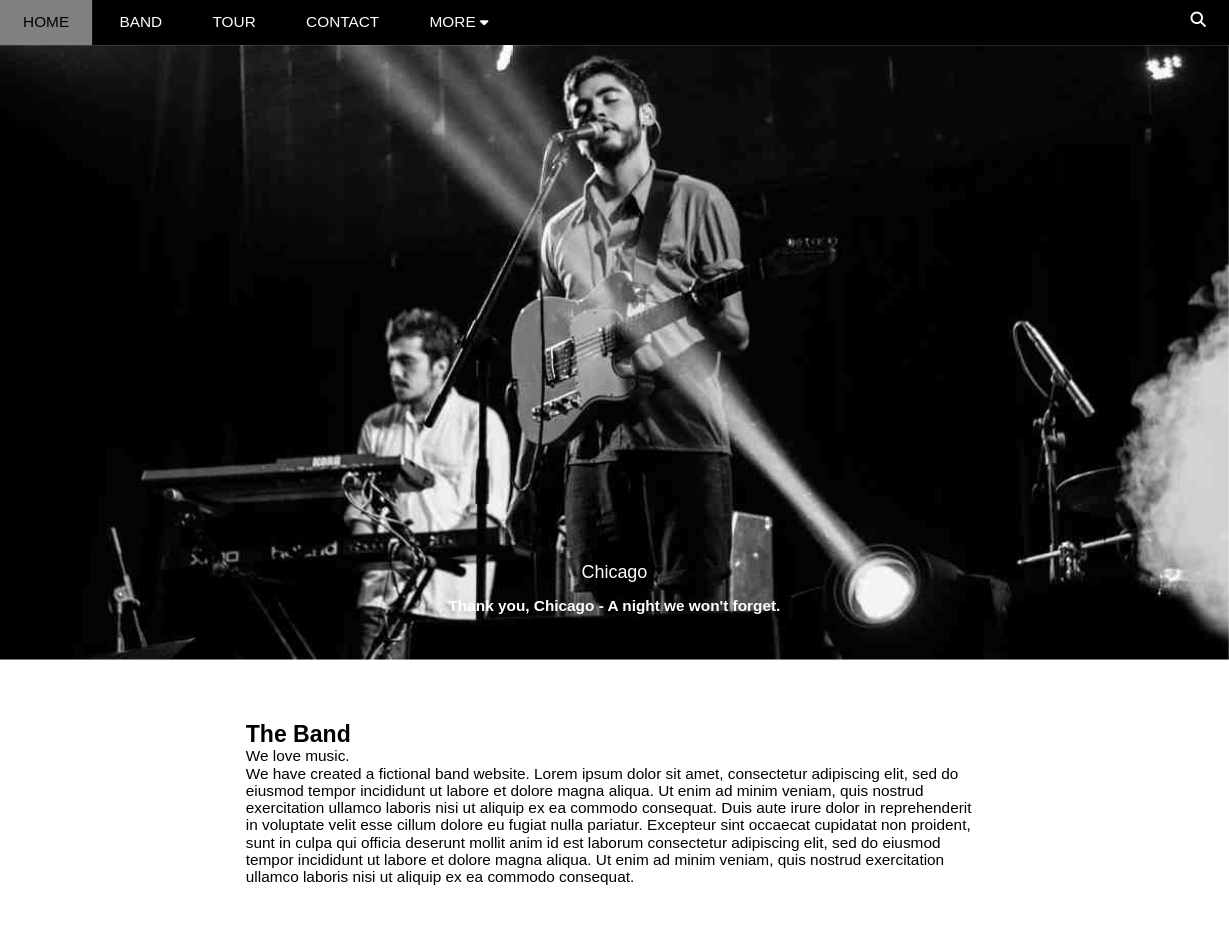
Repository: ngotranphuongbao/theband
Page: index.html
An editor plug-in stored every save of this project. The page is shown before and after the next save, followed by the edit.
The browser window is 1280 px wide. The pictures show the whole page, at 96% of full size.
Some web libraries are served in a nearby version.

Above is the page before, as saved 2022-12-21 08:18:39.

### index.html
<!DOCTYPE html>
<html lang="en">
<head>
    <meta charset="UTF-8">
    <meta http-equiv="X-UA-Compatible" content="IE=edge">
    <meta name="viewport" content="width=device-width, initial-scale=1.0">
    <title>Document</title>
    <link rel="stylesheet" href="./assets/css/style.css">
    <script src="https://kit.fontawesome.com/55a0c61423.js" crossorigin="anonymous"></script>
</head>
<body>
    <div id="main">
        <div id="header">
            <ul id="nav">
                <li><a href="">Home</a></li>
                <li><a href="">Band</a></li>
                <li><a href="">Tour</a></li>
                <li><a href="">Contact</a></li>
                <li>
                    <a href="">
                        More
                        <i class="fa-solid fa-caret-down"></i>
                    </a>
                    <ul id="subnav">
                        <li><a href="">Merchandise</a></li>
                        <li><a href="">Extras</a></li>
                        <li><a href="">Media</a></li>
                    </ul>
                </li>
            </ul>
            <div id="search">
                <i class="fa-solid fa-magnifying-glass"></i>
            </div>
        </div>

        <div id="slider">
            <div id="slider-caption">
                <h3>Chicago</h3>
                <p><b>Thank you, Chicago - A night we won't forget.</b></p>
            </div>

        </div>

        <div id="content">
            <div id="the-band">
                <div class="section-name">
                    <h2 class="section-title">The Band</h2>
                    <p class="section-subtitle">We love music.</p>
                </div>
                <p class="the-band-content">We have created a fictional band website. Lorem ipsum dolor sit amet, consectetur adipiscing elit, sed do eiusmod tempor incididunt ut labore et dolore magna aliqua. Ut enim ad minim veniam, quis nostrud exercitation ullamco laboris nisi ut aliquip ex ea commodo consequat. Duis aute irure dolor in reprehenderit in voluptate velit esse cillum dolore eu fugiat nulla pariatur. Excepteur sint occaecat cupidatat non proident, sunt in culpa qui officia deserunt mollit anim id est laborum consectetur adipiscing elit, sed do eiusmod tempor incididunt ut labore et dolore magna aliqua. Ut enim ad minim veniam, quis nostrud exercitation ullamco laboris nisi ut aliquip ex ea commodo consequat.</p>

            </div>

            <div id="tour-dates">

            </div>

            <div id="contact">

            </div>

            <div id="picture">

            </div>

        </div>

        <div id="footer">

        </div>
    </div>

</body>
</html>

### assets/css/style.css
* {
    padding: 0px;
    margin: 0px;
    box-sizing: border-box;
}

html {
    font-family: Arial, Helvetica, sans-serif;
}

#main {

}

#header {
    height: 46.5px;
    background-color: black;
    position: fixed;
    top: 0px;
    left: 0px;
    right: 0px;
    z-index: 1;
}
#nav {
    display: inline-block;
}

#nav > li {
    display: inline-block;
    padding: 12px 24px;
    position: relative;
}

#nav > li > a {
    line-height: 22.5px;
    text-decoration: none;
    text-transform: uppercase;
    color: white;
}

#nav > li:hover {
    background-color: grey;
}

#nav > li:hover > a {
    color: black;
}

#subnav {
    display: none;
    position: absolute;
    top: 46.5px;
    left: 0px;
    box-shadow: 0px 0px 10px rgba(0, 0, 0, 0.3);
}

#subnav > li {
    display: block;
    padding: 8px 16px;
}

#subnav > li:hover {
    background-color: grey;
}

#subnav > li > a {
    text-decoration: none;
    color: black;
}

#nav > li:hover #subnav {
    display: block;
}

.fa-caret-down {
    font-size: 14px;
}

#search {
    padding: 12px 24px;
    float: right;
    cursor: pointer;
}

#search:hover {
    background-color: red;
}

.fa-magnifying-glass {
    line-height: 22.5px;
    color: white;
}

#slider {
    margin-top: 46.5px;
    padding-top: 50%;
    background: url(/assets/image/slider/chicago.jpg) top center / cover no-repeat;
    position: relative;

}

#slider-caption {
    position: absolute;
    bottom: 0px;
    width: 100%;
    padding: 32px 16px;
    text-align: center;
}

#slider-caption h3 {
    color: white;
    font-weight: 400;
    margin: 10px;
}

#slider-caption p {
    color: white;
    margin: 15px;
}

#content {

}

#the-band {
    width: 800px;
    padding: 64px 16px;
    margin: auto;
}

#footer {

}

After the next save:
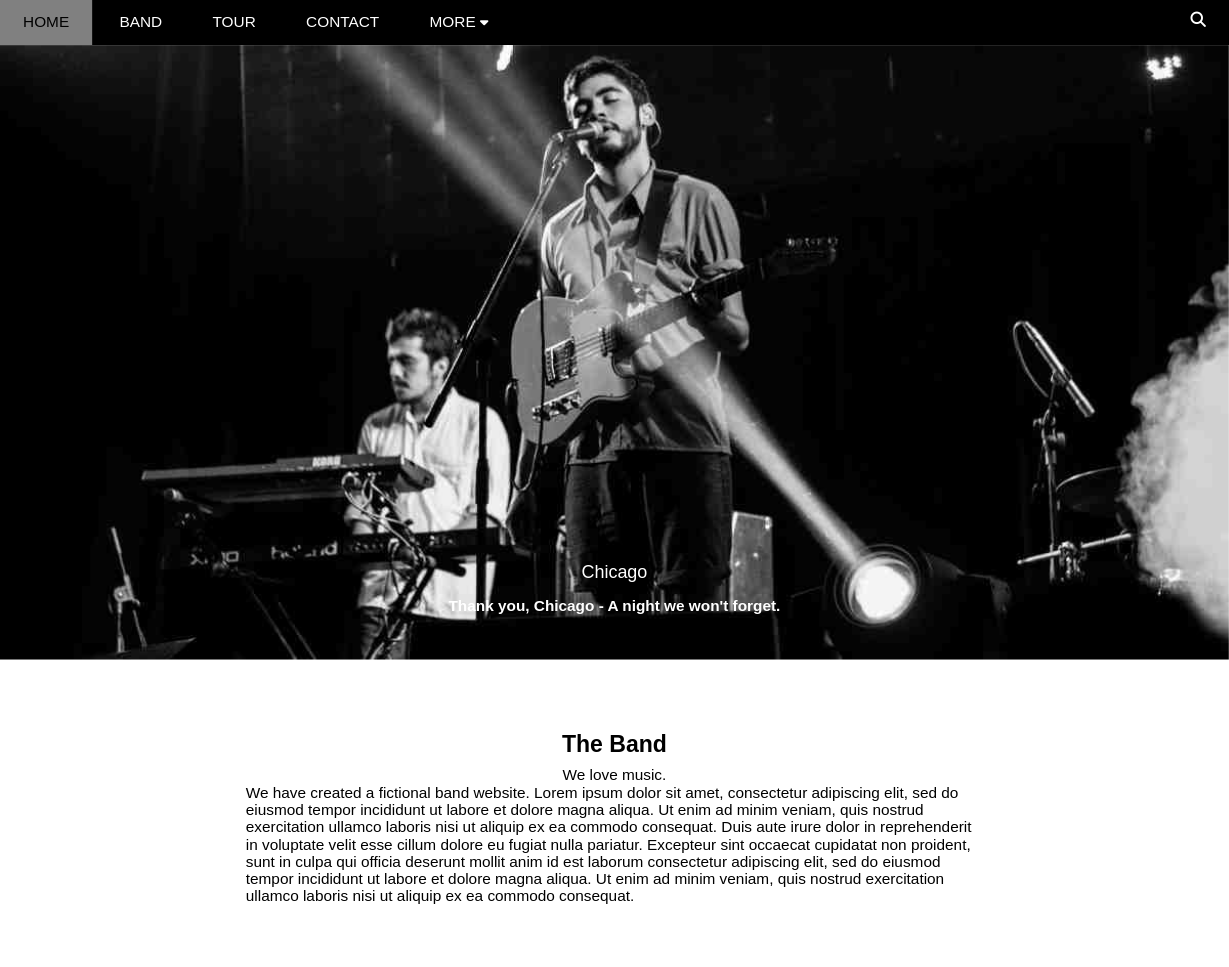
Saved 2 min 41 s later.
--- a/assets/css/style.css
+++ b/assets/css/style.css
@@ -128,6 +128,14 @@ html {
     margin: auto;
 }
 
+.section-name {
+    text-align: center;
+}
+
+.section-name .section-title {
+    margin: 10px;
+}
+
 #footer {
 
 }
